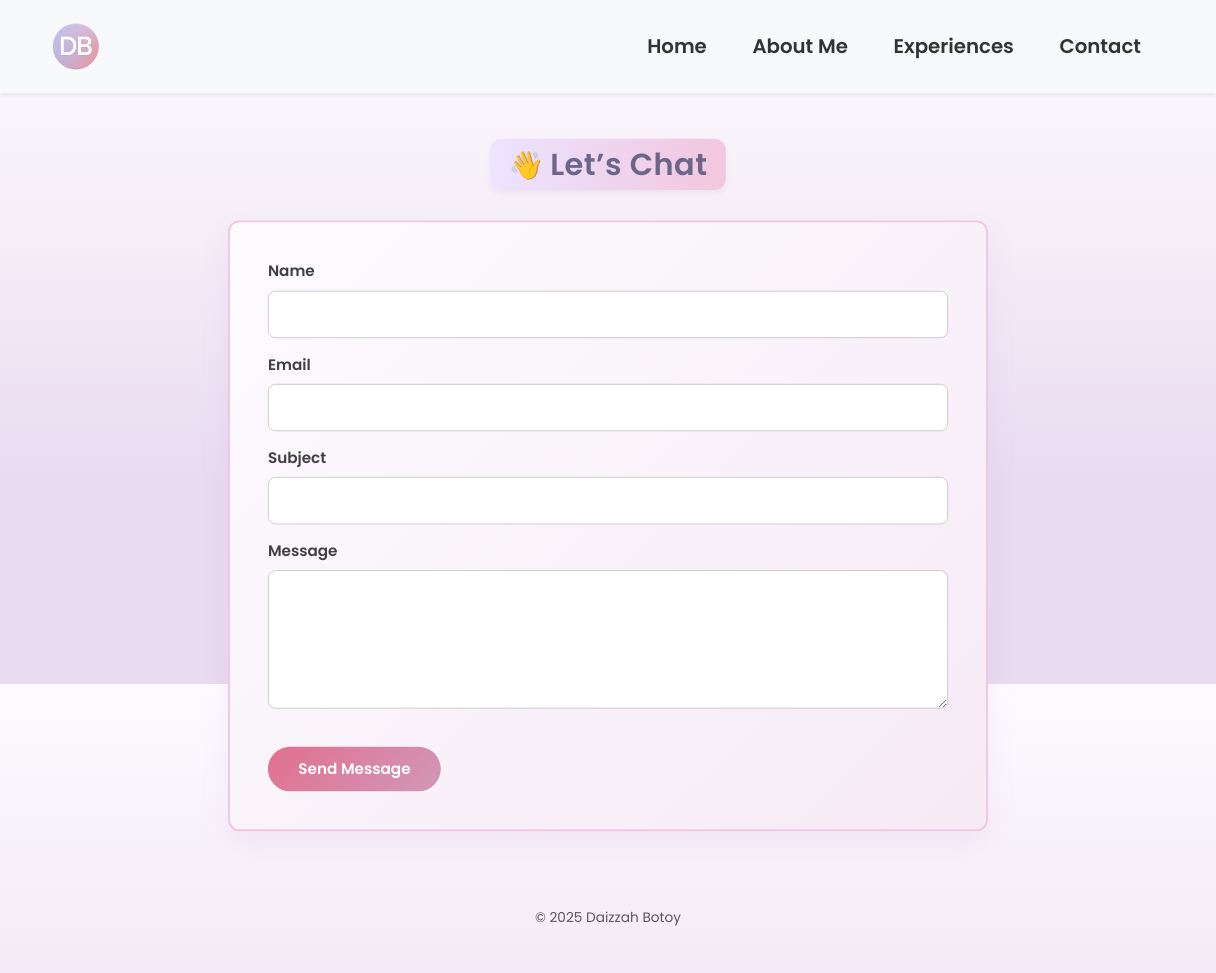
Repository: daizzah/daizzah-portfolio
Page: html/contact.html
These files come from the project's save history. The page is drawn as it stood at one moment and after the next save; the edit follows.
The browser window is 1280 px wide. The pictures show the whole page, at 95% of full size.
Backgrounds fixed to the window are drawn as part of the page.

Above is the page before, as saved 2025-04-02 00:53:35.

### html/contact.html
<!DOCTYPE html>
<html lang="en">
<head>
  <meta charset="UTF-8" />
  <meta name="viewport" content="width=device-width, initial-scale=1.0"/>

  <link href="https://fonts.googleapis.com/css2?family=Poppins:wght@400;500;600;700&display=swap" rel="stylesheet" />
  <title>Contact Daizzah</title>
  <link href="https://cdn.jsdelivr.net/npm/bootstrap@5.3.1/dist/css/bootstrap.min.css" rel="stylesheet" />
  <link rel="stylesheet" href="../styles.css" />
</head>
<body>
  <nav class="navbar navbar-expand-lg navbar-light bg-light sticky-top shadow-sm">
    <div class="container">
      <a class="navbar-brand" href="home.html">
        <img src="../assets/db_icon.png" alt="DB Logo" style="height: 50px; width: 50px; border-radius: 50%;">
      </a>
      <button class="navbar-toggler" type="button" data-bs-toggle="collapse" data-bs-target="#navbarNav">
        <span class="navbar-toggler-icon"></span>
      </button>
      <div class="collapse navbar-collapse" id="navbarNav">
        <ul class="navbar-nav ms-auto gap-3">
          <li class="nav-item">
            <a class="nav-link" href="home.html">Home</a>
          </li>
          <li class="nav-item"><a class="nav-link" href="aboutme.html#aboutme">About Me</a></li>
          <li class="nav-item"><a class="nav-link" href="experiences.html#experiences">Experiences</a></li>
          <li class="nav-item"><a class="nav-link" href="contact.html#contact">Contact</a></li>
        </ul>
      </div>
    </div>
  </nav>


  <section id="contact" class="py-5">
    <div class="text-center mb-4 fade-in">
      <h2 class="pretty-header">
        <span class="emoji wave">👋</span>
        <span class="headline">Let’s Chat</span>
      </h2>
    </div>



      <form action="https://formspree.io/f/mgvanerl" method="POST" class="contact-form fade-in">
        <div class="mb-3">
          <label for="name" class="form-label">Name</label>
          <input type="text" id="name" name="name" class="form-control" required />
        </div>
        <div class="mb-3">
          <label for="email" class="form-label">Email</label>
          <input type="email" id="email" name="email" class="form-control" required />
        </div>
        <div class="mb-3">
          <label for="subject" class="form-label">Subject</label>
          <input type="text" id="subject" name="subject" class="form-control" />
        </div>
        <div class="mb-4">
          <label for="message" class="form-label">Message</label>
          <textarea id="message" name="message" rows="5" class="form-control" required></textarea>
        </div>
        <button type="submit">Send Message</button>
      </form>

    </div>
  </section>
  <footer class="site-footer">
    <p>&copy; 2025 Daizzah Botoy</p>
  </footer>
</body>
</html>
<script>
  document.addEventListener("DOMContentLoaded", () => {
    const fadeElements = document.querySelectorAll(".fade-in");
    fadeElements.forEach((el, index) => {
      setTimeout(() => {
        el.classList.add("visible");
      }, index * 150);
    });
  });
</script>

<script src="https://cdn.jsdelivr.net/npm/bootstrap@5.3.1/dist/js/bootstrap.bundle.min.js"></script>

### styles.css
html,
body {
  height: auto;
  min-height: 100vh;
  margin: 0;
  padding: 0;
  font-family: "Poppins", serif;
  background: linear-gradient(180deg, #fdfbff 0%, #f5edf8 35%, #e9dbf1 70%);
  background-repeat: no-repeat;
  background-attachment: fixed;
  display: flex;
  flex-direction: column;
}

/* ANIMATIONS */
:target {
  scroll-margin-top: 150px;
}

@keyframes fadeIn {
  from {
    opacity: 0;
    transform: translateY(20px);
  }

  to {
    opacity: 1;
    transform: translateY(0);
  }
}

@keyframes slideIn {
  0% {
    background-position: 100% 0;
  }

  100% {
    background-position: 0 0;
  }
}

@keyframes rollIn {
  0% {
    transform: rotateX(90deg);
    opacity: 0;
  }

  100% {
    transform: rotateX(0deg);
    opacity: 1;
  }
}

/* NAVIGATION BAR */
.navbar {
  background-color: #dedde3;
  padding: 1.5rem 1rem;
  font-size: 1.2rem;
  font-weight: 600;
  box-shadow: 0 4px 10px rgba(0, 0, 0, 0.1);
}

.navbar-brand {
  padding: 0;
  border-radius: 0;
  box-shadow: none;
  background: none;
}

.navbar-brand img {
  height: 40px;
  width: 40px;
  border-radius: 50%;
  object-fit: cover;
}

.navbar-brand:hover {
  box-shadow: 0 0 20px rgba(0, 0, 0, 0.3);
  /* Slightly stronger shadow on hover */
}

.navbar-nav .nav-link {
  transition: color 0.3s ease, transform 0.3s ease;
  font-weight: 600;
  font-size: 1.3rem;
  /* Larger font size for more impact */
  margin-right: 1rem;
  color: #333;
}

.navbar-nav .nav-link:hover {
  color: #5a4b81;
  transform: scale(1.05);
}

.navbar-nav .nav-link.active {
  color: #5a4b81;
  border-bottom: 2px solid #5a4b81;
}

/* TITLE */
.title-container,
.description-container {
  max-width: 1000px;
  /* Ensure both have the same width */
  margin: 0 auto;
  /* Center them */
  padding: 1.5rem;
  /* Add padding to both for consistency */
}

.title-container {
  text-align: left;
  justify-content: flex-start;
  /* Align content to the left */
  margin-top: 1rem;
}

.title-container .roll-in {
  display: inline-block;
  transform: rotateX(90deg);
  opacity: 0;
  animation: rollIn 0.3s ease forwards;
}

.subheading1 {
  font-size: 2.5rem;
  font-weight: 600;
}

.title-name {
  position: relative;
  display: inline-block;
  font-size: 4rem;
  font-weight: 600;
  color: #222;
}

.title-name::after {
  content: "";
  position: absolute;
  bottom: -10px;
  left: 0;
  width: 100%;
  height: 4px;
  background: linear-gradient(90deg, #d3b6f2, #f2c6de);
  border-radius: 2px;
}

.subheading2 {
  font-size: 2.5rem;
}

/* DESCRIPTION */
.description-container {
  display: flex;
  justify-content: flex-start;
  /* Align items to the left */
  align-items: flex-start;
  gap: 6rem;
}

.description-wrapper {
  display: flex;
  flex-direction: column;
  text-align: left;
}

.description-wrapper .btn-lg {
  margin-top: 1rem;
}

.short-description {
  font-family: "Poppins", sans-serif;
  font-weight: 500;
  /* Poppins has more thickness at 500 */
  max-width: 650px;
  /* Wider box */
  text-align: left;
  background-color: #f7f5ff;
  /* White background */
  padding: 2rem;
  /* Increase padding for more spacious feel */
  border-radius: 4px;
  /* Smooth, rounded corners */
  font-size: 1.3rem;
  /* Larger font size for readability */
  box-shadow: 0 15px 30px rgba(0, 0, 0, 0.1);
  /* Soft shadow for depth */
  animation: fadeIn 1s ease-in-out;
  line-height: 1.75;
  /* Line spacing for better readability */
  color: #333;
  /* Darker text for contrast */
}

.short-description h3 {
  font-size: 2rem;
  font-weight: 600;
  color: #333;
  /* Darker color for headings */
  margin-bottom: 1rem;
  /* Space after headings */
}

.short-description p {
  font-weight: 500;
  /* Adjust text weight for paragraphs (description) */
  font-stretch: expanded;
  margin-bottom: 1.5rem;
  /* Space between paragraphs */
}

.short-description .highlight {
  font-weight: bold;
  color: #5a4b81;
}

.short-description .cta-link {
  color: #5a4b81;
  font-weight: 600;
  text-decoration: underline;
  cursor: pointer;
}

.short-description:hover {
  box-shadow: 0 20px 40px rgba(0, 0, 0, 0.15);
  /* Stronger shadow on hover */
  transform: scale(1.05);
  /* Scale up effect */
  transition: all 0.3s ease;
}

.short-description .cta-link:hover {
  color: #3c2c66;
}

/* BUTTONS */
.button-container {
  display: flex;
  justify-content: center;
  gap: 3rem;
  margin-top: 1.1rem;
}

.btn-lg {
  padding: 0.8rem 2rem;
  font-size: 1.3rem;
  font-weight: 600;
  border: none;
  border-radius: 50px;
  background: linear-gradient(135deg, #d8b8e3, #f2c6de);
  color: #3c2c66;
  box-shadow: 0 4px 8px rgba(0, 0, 0, 0.1);
  transition: all 0.3s ease;
}

.btn-lg:hover {
  background: linear-gradient(135deg, #cda1da, #e8acc5);
  transform: translateY(-2px);
  box-shadow: 0 6px 12px rgba(0, 0, 0, 0.15);
}

.fade-in {
  opacity: 0;
  transform: translateY(20px);
  /* Adds a smooth upward motion */
  transition: opacity 0.5s ease, transform 0.5s ease;
}

.fade-in.visible {
  opacity: 1;
  transform: translateY(0);
}

/* PICTURES */
.profile-section {
  display: flex;
  flex-direction: column;
  /* Stack vertically */
  align-items: center;
  /* Horizontally center children */
  justify-content: center;
  /* Ensure proper vertical alignment */
  gap: 28px;
  /* Space between children */
}

.profile-picture {
  max-width: 400px;
  max-height: 400px;
  border-radius: 4px;
  box-shadow: 0 2px 4px rgba(0, 0, 0, 0.1);
  animation: fadeIn 1s ease-in-out;
  transition: transform 0.3s ease, box-shadow 0.3s ease;
}

.profile-picture:hover {
  transform: scale(1.1);
  box-shadow: 0 4px 8px rgba(0, 0, 0, 0.15);
}

.profile-link {
  position: relative;
  /* Ensures tooltip is positioned relative to this element */
  display: inline-block;
  /* Ensures proper layout for the tooltip */
}

.profile-link::after {
  content: "Click for LinkedIn";
  /* Tooltip text */
  position: absolute;
  top: -50px;
  /* Position below the profile picture */
  left: 50%;
  /* Center horizontally */
  transform: translateX(-50%);
  background-color: rgba(0, 0, 0, 0.7);
  /* Semi-transparent black background */
  color: white;
  padding: 5px 10px;
  font-size: 15px;
  border-radius: 4px;
  white-space: nowrap;
  opacity: 0;
  /* Initially hidden */
  pointer-events: none;
  /* Prevent interaction with the tooltip */
  transition: opacity 0.3s ease;
}

.profile-link:hover::after {
  opacity: 1;
  /* Show tooltip on hover */
}

.languages-container {
  background-color: #ece4ff;
  padding: 2rem;
  border-radius: 4px;
  max-width: 600px;
  margin-top: 1.5rem;
  box-shadow: 0 4px 8px rgba(0, 0, 0, 0.1);
}

.languages-icons {
  display: flex;
  flex-wrap: wrap;
  gap: 10px;
  justify-content: center;
  /* Center the icons inside the container */
}

.language-icon {
  position: relative;
  display: inline-block;
  width: 70px;
  /* Adjust size to fit icons */
}

.language-icon img:hover {
  transform: scale(1.1);
  /* Slight zoom on hover */
}

.language-icon img {
  width: 53px;
  height: 53px;
}

.language-icon::after {
  content: attr(data-name);
  position: absolute;
  top: -30px;
  left: 50%;
  transform: translateX(-50%);
  padding: 5px;
  background-color: rgba(0, 0, 0, 0.7);
  color: white;
  font-size: 13px;
  border-radius: 4px;
  opacity: 0;
  pointer-events: none;
  transition: opacity 0.3s ease;
}

.language-icon:hover::after {
  opacity: 1;
}

.languages-container,
.profile-picture {
  margin: 0 auto;
}

/* CARD */

.card {
  transition: transform 0.3s ease, box-shadow 0.3s ease;
  /* Smooth transition */
  border-radius: 8px;
  /* Reduce border radius significantly */
  box-shadow: 0 2px 6px rgba(0, 0, 0, 0.08);
  /* Less pronounced shadow */
  background-color: #f7f5ff;
  border: none;
  /* Remove border completely */
}

.card:hover {
  transform: translateY(-5px);
  box-shadow: 0 6px 15px rgba(0, 0, 0, 0.1);
}

.card-body {
  padding: 1.5rem;
  color: #333;
}

.card-img-top {
  border-radius: 5px;
}

.card-title {
  font-weight: 600;
  color: #333;
}

.card-text {
  font-size: 1rem;
  color: #333;
}

.experience-title,
.section-header {
  font-size: 2rem;
  font-weight: 700;
  color: #2b2b2b;
  margin-bottom: 1.5rem;
  border-left: 6px solid #b583c6;
  padding-left: 1rem;
  background: none;
  box-shadow: none;
  text-transform: none;
  letter-spacing: 0;
}

.experience-title:hover {
  transform: translateY(-4px);
  box-shadow: 0 6px 15px rgba(0, 0, 0, 0.15);
}

/* About Me Section */
.pink-box {
  background: linear-gradient(60deg, #dcd6f7, #e8c7de, #dcd6f7);
  padding: 20px;
  max-width: 95%;
  box-shadow: 0 4px 8px rgba(0, 0, 0, 0.2);
  position: relative;
  overflow: hidden;
  border: 2px solid rgba(255, 255, 255, 0.5);
}

.pink-box::after {
  content: "";
  position: absolute;
  top: -50%;
  left: -50%;
  width: 200%;
  height: 200%;
  background: linear-gradient(
    45deg,
    rgba(255, 255, 255, 0.05),
    rgba(255, 255, 255, 0.1)
  );
  transform: rotate(30deg);
  pointer-events: none;
}

#about-title {
  font-size: 2.5rem;
  font-weight: bold;
  color: #333333;
  margin-bottom: 1rem;
  position: relative;
  display: inline-block;
}

#about-title::after {
	display: none;
  }

.container {
  max-width: 1200px;
  margin: 0 auto;
  padding: 0 15px;
}

.text-center {
  text-align: center;
}

.row {
  display: flex;
  align-items: center;
  /* Vertically centers the content */
}

.profile-img {
  width: 100%;
  /* Makes the image responsive */
  max-width: 400px;
  /* Increase from 300px to 400px (or your preferred size) */
  height: auto;
  /* Maintains aspect ratio */
  border-radius: 50%;
  /* Optional: Makes the image circular */
  box-shadow: 0 2px 4px rgba(0, 0, 0, 0.1);
}

.profile-img:hover {
  box-shadow: 0 4px 8px rgba(0, 0, 0, 0.15);
}

.col-md-6 {
  padding: 20px;
  /* Adds space inside the text column */
}

.col-md-7 {
  padding: 20px;
  /* Adds padding inside the text column */
}

/* Bio Section */
.bio {
  font-size: 1.5rem;
  /* Adjust size as needed */
  line-height: 1.6;
  /* Improves readability */
  color: #333;
  /* Darker text for contrast */
}

/* Skills List */
.skills-list {
  list-style: none;
  padding-left: 0;
}

.skills-list li {
  font-size: 1.2rem;
  margin-bottom: 10px;
}

.skills-list li i {
  margin-right: 10px;
}

body,
.bio,
.card-body,
.short-description p {
  color: #222222;
}

footer,
.container.my-5 {
  background-color: transparent !important;
}

footer {
  margin-top: auto;
}

.site-footer {
  text-align: center;
  padding: 2rem 0;
  font-size: 0.9rem;
  color: #333;
  opacity: 0.8;
}

.subheading1,
.title-name,
.subheading2,
.experience-title,
#about-title {
  color: #333333;
  /* neutral dark grey instead of purple */
}

.hero-left {
  text-align: left;
  max-width: 600px;
  display: flex;
  flex-direction: column;
  gap: 0.3rem;
}

.hero-lines {
  display: flex;
  flex-direction: column;
  line-height: 1.2;
}

.hero-hi {
  font-size: 2.5rem;
  font-weight: 600;
  color: #333333;
  margin-bottom: 0.2rem;
  line-height: 1.2;
}

.wave {
  display: inline-block;
  animation: wave 2s infinite;
  transform-origin: 70% 70%;
}

@keyframes wave {
  0% {
    transform: rotate(0deg);
  }

  10% {
    transform: rotate(14deg);
  }

  20% {
    transform: rotate(-8deg);
  }

  30% {
    transform: rotate(14deg);
  }

  40% {
    transform: rotate(-4deg);
  }

  50% {
    transform: rotate(10deg);
  }

  60% {
    transform: rotate(0deg);
  }

  100% {
    transform: rotate(0deg);
  }
}

.hero-name {
  font-size: 3rem;
  font-weight: 700;
  color: #2b2b2b;
  margin-bottom: 0.5rem;
  line-height: 1.2;
}

.emphasized-name {
  color: #b481a2;
}

.hero-subtitle {
  font-size: 1.2rem;
  font-weight: 500;
  color: #444;
}

.section-header {
  background-color: #e6dcf0;

  padding: 0.8rem 1.5rem;
  font-size: 1.7rem;
  font-weight: 700;
  border-left: 6px solid #b583c6;
  box-shadow: 0 2px 5px rgba(0, 0, 0, 0.1);
  margin-bottom: 1.2rem;
}
.contact-title {
	font-size: 2.2rem;
	font-weight: 600;
	color: #3c2c66; /* Or a soft neutral if you still want it toned down */
	text-align: center;
	margin-bottom: 1.5rem;
  }

.contact-form {
  background: linear-gradient(135deg, #fdfbff, #f6eaf5);
  border: 2px solid #f2c6de;
  padding: 2.5rem;
  border-radius: 12px;
  box-shadow: 0 15px 30px rgba(181, 131, 198, 0.1);
  max-width: 800px;
  margin: 0 auto;
  transition: all 0.3s ease-in-out;
}

.contact-form label {
  font-weight: 600;
  color: #3f3f3f;
}

.contact-form .form-control {
  border-radius: 8px;
  border: 1px solid #ccc;
  box-shadow: none;
  padding: 0.75rem 1rem;
  font-size: 1rem;
}

.contact-form .form-control:focus {
  border-color: #e26f8f;
  box-shadow: 0 0 0 0.2rem rgba(226, 111, 143, 0.25);
  outline: none;
}

.contact-form button[type="submit"] {
  font-weight: 600;
  background: linear-gradient(135deg, #e26f8f, #d198b7);
  border: none;
  border-radius: 50px;
  color: white;
  padding: 0.7rem 2rem;
  margin-top: 1rem;
  transition: background 0.3s ease;
}

.contact-form button[type="submit"]:hover {
  background: linear-gradient(135deg, #d45b78, #ba6e95);
  transform: translateY(-2px);
}

.fancy-header {
  display: flex;
  align-items: center;
  gap: 0.75rem;
  font-size: 2.3rem;
  font-weight: 700;
  color: #2b2b2b;
  margin-bottom: 1.8rem;
  border-left: 6px solid #e26f8f;
  padding-left: 1rem;
  background: linear-gradient(90deg, #f6eaf5, #fdfbff);
  box-shadow: 0 2px 6px rgba(0, 0, 0, 0.08);
  border-radius: 8px;
}

.fancy-header .emoji {
  font-size: 2.5rem;
  animation: wave 2s infinite;
  transform-origin: 70% 70%;
}

.fancy-header .headline {
  background: linear-gradient(to right, #e26f8f, #d198b7);
  -webkit-background-clip: text;
  -webkit-text-fill-color: transparent;
}

.pretty-header {
	display: inline-block;
	padding: 0.5rem 1.2rem;
	border-radius: 12px;
	background: linear-gradient(90deg, #ece4ff, #f2c6de); /* soft muted gradient */
	box-shadow: 0px 4px 8px rgba(0, 0, 0, 0.05);
	font-weight: 700;
	color: #6b668a  ; /* almost black for better readability */
  }

.pretty-header .emoji {
  font-size: 1.8rem;
  animation: wave 2s infinite;
  transform-origin: 70% 70%;
}

body,
input,
textarea,
button,
label {
  font-family: "Poppins", sans-serif;
}

h1,
h2,
h3,
h4,
.headline {
  font-weight: 600;
  letter-spacing: 0.5px;
}

After the next save:
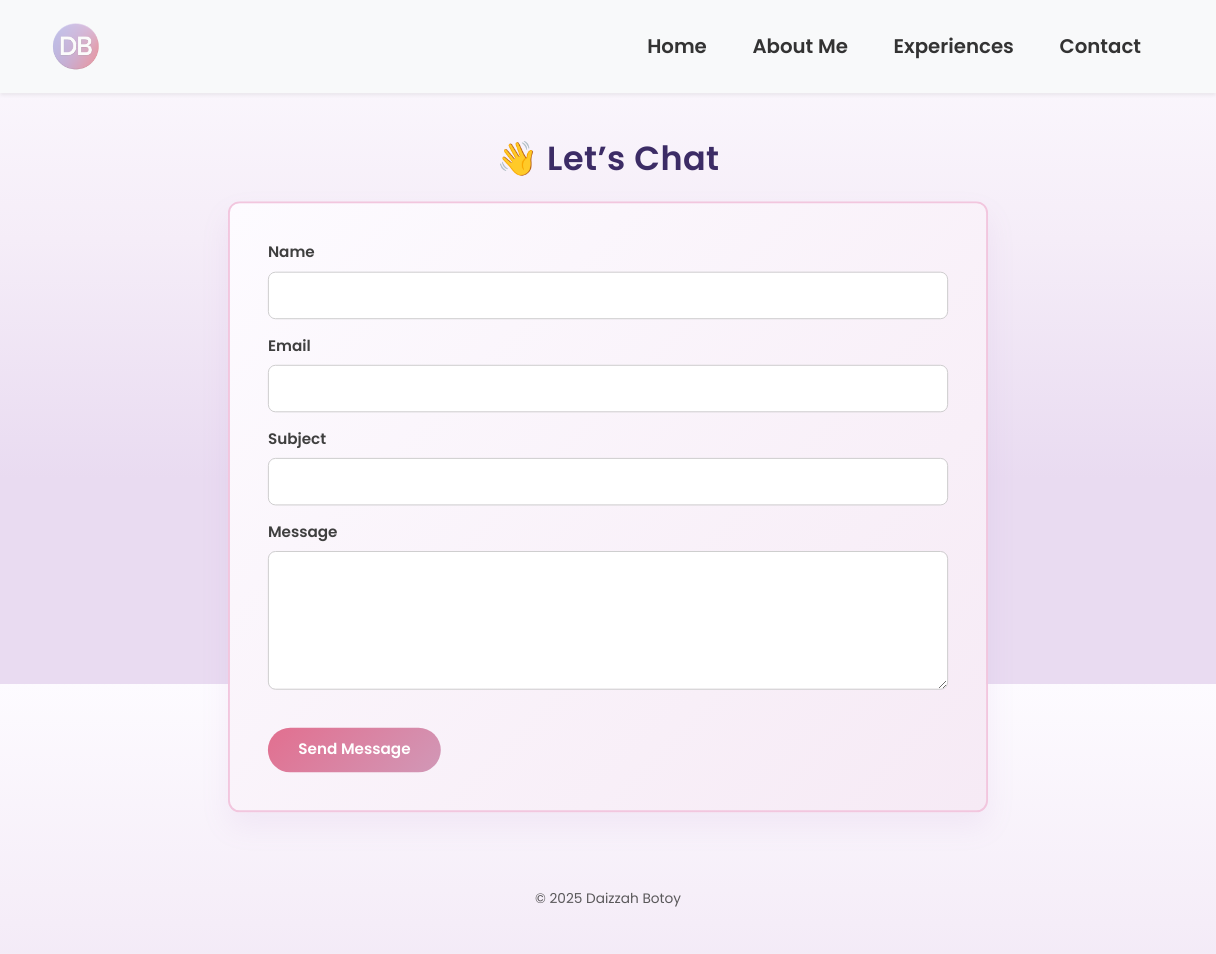
Saved 16 s later.
--- a/html/contact.html
+++ b/html/contact.html
@@ -34,10 +34,10 @@
 
   <section id="contact" class="py-5">
     <div class="text-center mb-4 fade-in">
-      <h2 class="pretty-header">
-        <span class="emoji wave">👋</span>
-        <span class="headline">Let’s Chat</span>
+      <h2 class="contact-title fade-in">
+        👋 Let’s Chat
       </h2>
+
     </div>
 
 
